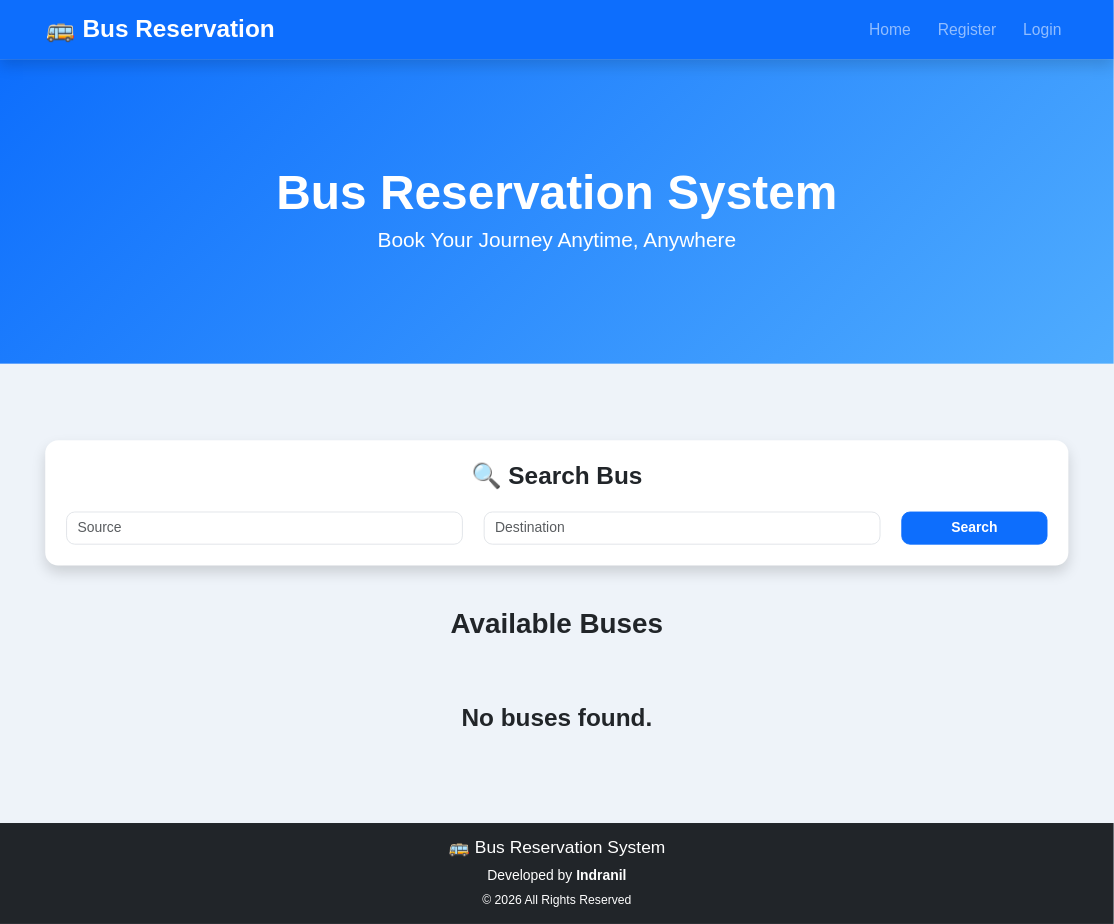
Repository: Eswarabhinay06/Bus-Reservation-System
Page: / (app in AIML-09-Bus-Reservation-System-main/bus-reservation-frontend/)
The author's editor kept a copy of each file at every save. The page is drawn from the files as they stood at one save, then again after the next save.
The browser window is 1280 px wide. The pictures show the whole page, at 87% of full size.
The page's requests for data from a server got no answer. The project was rebuilt for these pictures with package versions that can differ from the ones it lists, and the page was loaded fresh each time. No one was signed in, and anything a server would have sent is missing. Also part of the build but not shown: AIML-09-Bus-Reservation-System-main/bus-reservation-frontend/vite.config.js, AIML-09-Bus-Reservation-System-main/bus-reservation-frontend/src/styles/SearchBar.css, AIML-09-Bus-Reservation-System-main/bus-reservation-frontend/src/styles/BusCard.css, AIML-09-Bus-Reservation-System-main/bus-reservation-frontend/src/components/BusCard.jsx, AIML-09-Bus-Reservation-System-main/bus-reservation-frontend/src/styles/SeatSelection.css, AIML-09-Bus-Reservation-System-main/bus-reservation-frontend/src/components/SeatSelection.jsx, AIML-09-Bus-Reservation-System-main/bus-reservation-frontend/src/styles/Register.css, AIML-09-Bus-Reservation-System-main/bus-reservation-frontend/src/pages/Register.jsx and 4 more.

Above is the page before, as saved 2026-07-14 10:25:41.

### AIML-09-Bus-Reservation-System-main/bus-reservation-frontend/index.html
<!doctype html>
<html lang="en">
  <head>
    <meta charset="UTF-8" />
    <link rel="icon" type="image/svg+xml" href="/favicon.svg" />
    <meta name="viewport" content="width=device-width, initial-scale=1.0" />
    <title>bus-reservation-frontend</title>
  </head>
  <body>
    <div id="root"></div>
    <script type="module" src="/src/main.jsx"></script>
  </body>
</html>

### AIML-09-Bus-Reservation-System-main/bus-reservation-frontend/src/main.jsx
import { StrictMode } from 'react'
import { createRoot } from 'react-dom/client'
import 'bootstrap/dist/css/bootstrap.min.css'   // Add this line
import './index.css'
import App from './App.jsx'

createRoot(document.getElementById('root')).render(
  <StrictMode>
    <App />
  </StrictMode>,
)

### AIML-09-Bus-Reservation-System-main/bus-reservation-frontend/src/index.css
body{
    margin:0;
    padding:0;
    font-family:Arial, Helvetica, sans-serif;
    background:#f4f7fc;
}

.card{
    border:none;
    border-radius:15px;
    transition:.3s;
}

.card:hover{
    transform:translateY(-8px);
    box-shadow:0 10px 25px rgba(0,0,0,.2);
}

.btn{
    border-radius:8px;
}

h1,h2,h3{
    font-weight:bold;
}

footer{
    margin-top:60px;
}
.container{
    max-width:1200px;
}

.card{
    transition:0.3s;
}

.card:hover{
    transform:translateY(-8px);
    box-shadow:0px 10px 25px rgba(0,0,0,0.2);
}

.btn{
    border-radius:10px;
}

.card h3{
    font-size:28px;
}

.card p{
    font-size:18px;
}

body{
    background:#eef3f9;
}
.form-control{
    border-radius:10px;
}

.form-control:focus{
    box-shadow:0 0 10px rgba(13,110,253,.4);
}

.card{
    border-radius:15px;
}

.btn{
    font-weight:bold;
}

.btn:hover{
    transform:scale(1.02);
}
.hero {
    height: 350px;
    background: linear-gradient(135deg,#0d6efd,#4facfe);
    display: flex;
    justify-content: center;
    align-items: center;
    color: white;
    margin-bottom: 40px;
}

.hero-content {
    text-align: center;
}

.hero-content h1 {
    font-size: 55px;
    font-weight: bold;
}

.hero-content p {
    font-size: 22px;
}

### AIML-09-Bus-Reservation-System-main/bus-reservation-frontend/src/App.jsx
import { BrowserRouter, Routes, Route } from "react-router-dom";

import Navbar from "./components/Navbar";
import Footer from "./components/Footer";

import SearchBus from "./pages/SearchBus";
import Register from "./pages/Register";
import Login from "./pages/Login";
import MyBookings from "./pages/MyBookings";
import AddBus from "./pages/AddBus";

function App() {
  return (
    <BrowserRouter>

      <Navbar />

      <Routes>

        <Route path="/" element={<SearchBus />} />

        <Route
          path="/register"
          element={<Register />}
        />

        <Route
          path="/login"
          element={<Login />}
        />

        <Route
          path="/my-bookings"
          element={<MyBookings />}
        />

        <Route
          path="/add-bus"
          element={<AddBus />}
        />

      </Routes>

      <Footer />

    </BrowserRouter>
  );
}

export default App;

### AIML-09-Bus-Reservation-System-main/bus-reservation-frontend/src/components/Navbar.jsx
import { Link, useNavigate } from "react-router-dom";
import "../styles/Navbar.css";
function Navbar() {
  const navigate = useNavigate();
  const user = JSON.parse(localStorage.getItem("user"));

  const logout = () => {
    localStorage.removeItem("user");
    alert("Logged out Successfully");
    navigate("/login");
  };

  return (
    <nav className="navbar navbar-expand-lg navbar-dark bg-primary shadow">
      <div className="container">

        <Link className="navbar-brand fw-bold fs-3" to="/">
          🚌 Bus Reservation
        </Link>

        <button
          className="navbar-toggler"
          data-bs-toggle="collapse"
          data-bs-target="#navbar"
        >
          <span className="navbar-toggler-icon"></span>
        </button>

        <div className="collapse navbar-collapse" id="navbar">
          <ul className="navbar-nav ms-auto">

            <li className="nav-item">
              <Link className="nav-link" to="/">
                Home
              </Link>
            </li>

            {!user ? (
              <>
                <li className="nav-item">
                  <Link className="nav-link" to="/register">
                    Register
                  </Link>
                </li>

                <li className="nav-item">
                  <Link className="nav-link" to="/login">
                    Login
                  </Link>
                </li>
              </>
            ) : (
              <>
                <li className="nav-item">
                  <Link className="nav-link" to="/my-bookings">
                    My Bookings
                  </Link>
                </li>

                <li className="nav-item">
                  <Link className="nav-link" to="/add-bus">
                    Add Bus
                  </Link>
                </li>

                <li className="nav-item">
                  <span className="nav-link text-warning fw-bold">
                    Welcome {user.name}
                  </span>
                </li>

                <li className="nav-item">
                  <button
                    className="btn btn-danger ms-2"
                    onClick={logout}
                  >
                    Logout
                  </button>
                </li>
              </>
            )}

          </ul>
        </div>

      </div>
    </nav>
  );
}

export default Navbar;

### AIML-09-Bus-Reservation-System-main/bus-reservation-frontend/src/components/Footer.jsx
import "../styles/Footer.css";
function Footer() {
  return (
    <footer className="bg-dark text-white text-center p-3 mt-5">
      <h5>🚌 Bus Reservation System</h5>

      <p className="mb-1">
        Developed by <b>Indranil</b>
      </p>

      <small>
        © 2026 All Rights Reserved
      </small>
    </footer>
  );
}

export default Footer;

### AIML-09-Bus-Reservation-System-main/bus-reservation-frontend/src/pages/SearchBus.jsx
import { useEffect, useState } from "react";
import api from "../services/api";

import Hero from "../components/Hero";
import SearchBar from "../components/SearchBar";
import BusCard from "../components/BusCard";
import SeatSelection from "../components/SeatSelection";

function SearchBus() {
  const [buses, setBuses] = useState([]);
  const [filteredBuses, setFilteredBuses] = useState([]);
  const [selectedBus, setSelectedBus] = useState(null);

  // Fetch all buses
  const fetchBuses = async () => {
    try {
      const response = await api.get("/buses");
      setBuses(response.data);
      setFilteredBuses(response.data);
    } catch (error) {
      console.error(error);
      alert("Unable to fetch buses");
    }
  };

  useEffect(() => {
    fetchBuses();
  }, []);

  // Search buses
  const searchBus = (source, destination) => {
    if (!source && !destination) {
      setFilteredBuses(buses);
      return;
    }

    const result = buses.filter(
      (bus) =>
        bus.source.toLowerCase().includes(source.toLowerCase()) &&
        bus.destination.toLowerCase().includes(destination.toLowerCase())
    );

    setFilteredBuses(result);
  };

  // Book ticket
  const bookTicket = async (seatCount) => {
    const user = JSON.parse(localStorage.getItem("user"));

    if (!user) {
      alert("Please Login First");
      return;
    }

    try {
      await api.post("/bookings", {
        userId: user.id,
        busId: selectedBus.id,
        seatCount: seatCount,
      });

      alert("Ticket Booked Successfully!");

      setSelectedBus(null);

      fetchBuses();
    } catch (error) {
      console.error(error);
      alert("Booking Failed");
    }
  };

  return (
    <>
      {/* Hero Section */}
      <Hero />

      <div className="container py-5">

        {/* Search Bar */}
        <SearchBar onSearch={searchBus} />

        <h2 className="text-center fw-bold mt-5 mb-4">
          Available Buses
        </h2>

        <div className="row">

          {filteredBuses.length === 0 ? (
            <div className="text-center mt-5">
              <h3>No buses found.</h3>
            </div>
          ) : (
            filteredBuses.map((bus) => (
              <BusCard
                key={bus.id}
                bus={bus}
                onBook={() => setSelectedBus(bus)}
              />
            ))
          )}

        </div>

        {selectedBus && (
          <div className="mt-5">
            <SeatSelection
              availableSeats={selectedBus.availableSeats}
              onConfirm={bookTicket}
            />
          </div>
        )}

      </div>
    </>
  );
}

export default SearchBus;

### AIML-09-Bus-Reservation-System-main/bus-reservation-frontend/src/styles/Navbar.css
.navbar{
    box-shadow:0 3px 15px rgba(0,0,0,.15);
}

.navbar-brand{
    font-size:28px;
    font-weight:bold;
}

.nav-link{
    font-size:18px;
    margin-left:15px;
}

.nav-link:hover{
    color:#ffc107 !important;
}

### AIML-09-Bus-Reservation-System-main/bus-reservation-frontend/src/services/api.js
import axios from "axios";

const api = axios.create({
  baseURL: "http://localhost:9090/api",
});

export default api;

### AIML-09-Bus-Reservation-System-main/bus-reservation-frontend/src/components/Hero.jsx
import "../styles/Hero.css";
function Hero() {
  return (
    <div
      className="hero text-center text-white d-flex align-items-center justify-content-center"
    >
      <div>
        <h1 className="display-3 fw-bold">
          Bus Reservation System
        </h1>

        <h4>
          Book Your Journey Anytime, Anywhere
        </h4>
      </div>
    </div>
  );
}

export default Hero;

### AIML-09-Bus-Reservation-System-main/bus-reservation-frontend/src/components/SearchBar.jsx
import { useState } from "react";
import "../styles/SearchBar.css";
function SearchBar({ onSearch }) {
  const [source, setSource] = useState("");
  const [destination, setDestination] = useState("");

  const handleSearch = () => {
    onSearch(source, destination);
  };

  return (
    <div className="card shadow p-4 mb-5">
      <h3 className="text-center mb-4">🔍 Search Bus</h3>

      <div className="row">

        <div className="col-md-5">
          <input
            type="text"
            className="form-control"
            placeholder="Source"
            value={source}
            onChange={(e) => setSource(e.target.value)}
          />
        </div>

        <div className="col-md-5">
          <input
            type="text"
            className="form-control"
            placeholder="Destination"
            value={destination}
            onChange={(e) => setDestination(e.target.value)}
          />
        </div>

        <div className="col-md-2">
          <button
            className="btn btn-primary w-100"
            onClick={handleSearch}
          >
            Search
          </button>
        </div>

      </div>
    </div>
  );
}

export default SearchBar;

### AIML-09-Bus-Reservation-System-main/bus-reservation-frontend/src/styles/Hero.css
.hero{
    height:350px;
    background:linear-gradient(135deg,#0d6efd,#4facfe);
    display:flex;
    justify-content:center;
    align-items:center;
    color:white;
    text-align:center;
}

.hero-content{
    background:rgba(0,0,0,.35);
    padding:40px;
    border-radius:20px;
}

.hero h1{
    font-size:55px;
    font-weight:bold;
}

.hero p{
    font-size:22px;
    margin-top:15px;
}

### AIML-09-Bus-Reservation-System-main/bus-reservation-frontend/src/styles/Footer.css
.footer{
    background:#212529;
    color:white;
    padding:25px;
    text-align:center;
    margin-top:60px;
}

.footer p{
    margin:0;
}

After the next save:
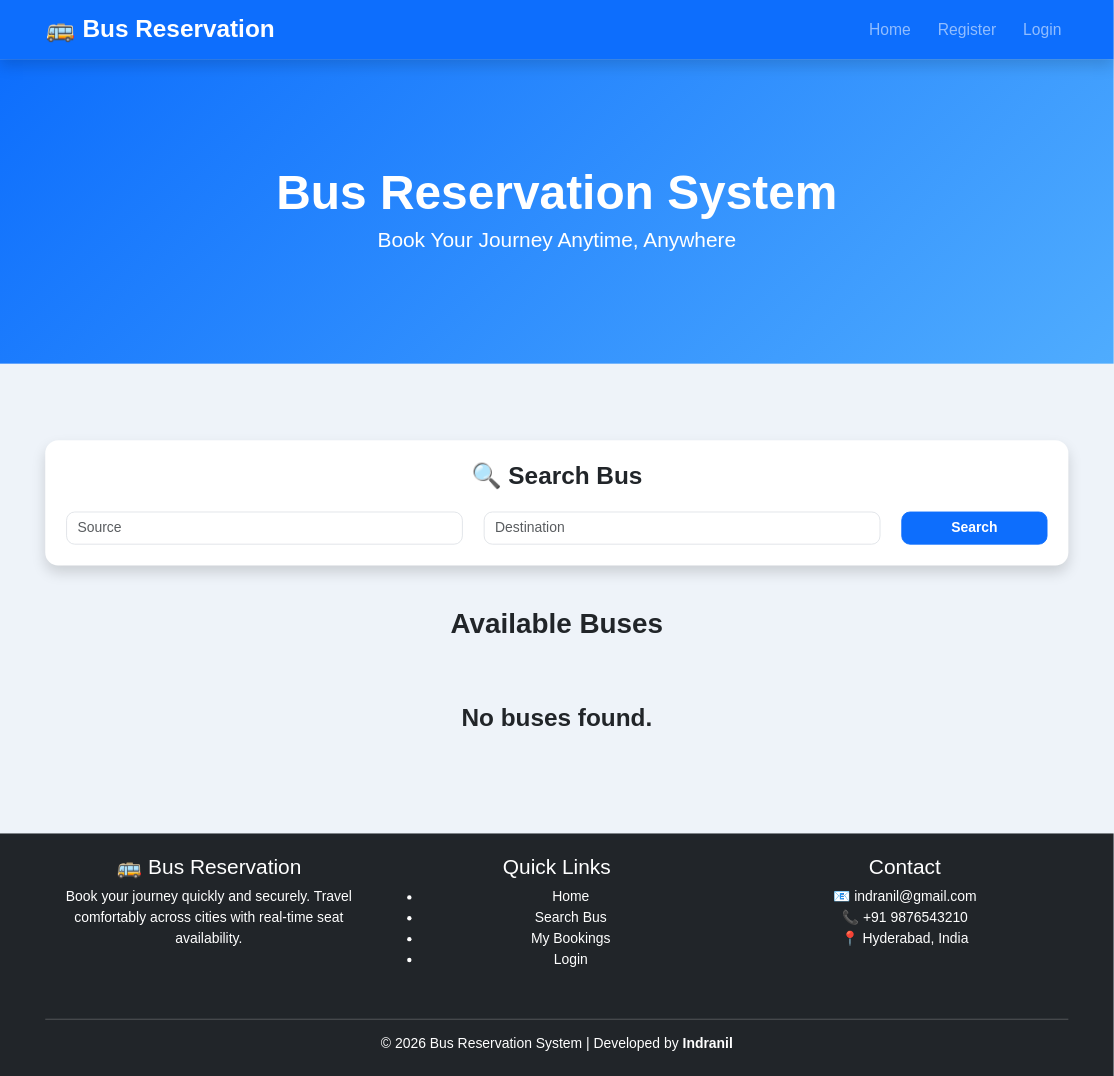
Saved 55 s later.
--- a/AIML-09-Bus-Reservation-System-main/bus-reservation-frontend/src/components/Footer.jsx
+++ b/AIML-09-Bus-Reservation-System-main/bus-reservation-frontend/src/components/Footer.jsx
@@ -1,16 +1,54 @@
 import "../styles/Footer.css";
+
 function Footer() {
   return (
-    <footer className="bg-dark text-white text-center p-3 mt-5">
-      <h5>🚌 Bus Reservation System</h5>
+    <footer className="footer">
 
-      <p className="mb-1">
-        Developed by <b>Indranil</b>
-      </p>
+      <div className="container">
 
-      <small>
-        © 2026 All Rights Reserved
-      </small>
+        <div className="row">
+
+          {/* About */}
+          <div className="col-md-4 mb-4">
+            <h4>🚌 Bus Reservation</h4>
+            <p>
+              Book your journey quickly and securely.
+              Travel comfortably across cities with
+              real-time seat availability.
+            </p>
+          </div>
+
+          {/* Quick Links */}
+          <div className="col-md-4 mb-4">
+            <h4>Quick Links</h4>
+
+            <ul className="footer-links">
+              <li>Home</li>
+              <li>Search Bus</li>
+              <li>My Bookings</li>
+              <li>Login</li>
+            </ul>
+          </div>
+
+          {/* Contact */}
+          <div className="col-md-4 mb-4">
+            <h4>Contact</h4>
+
+            <p>📧 indranil@gmail.com</p>
+            <p>📞 +91 9876543210</p>
+            <p>📍 Hyderabad, India</p>
+          </div>
+
+        </div>
+
+        <hr />
+
+        <div className="text-center">
+          © 2026 Bus Reservation System | Developed by <b>Indranil</b>
+        </div>
+
+      </div>
+
     </footer>
   );
 }
